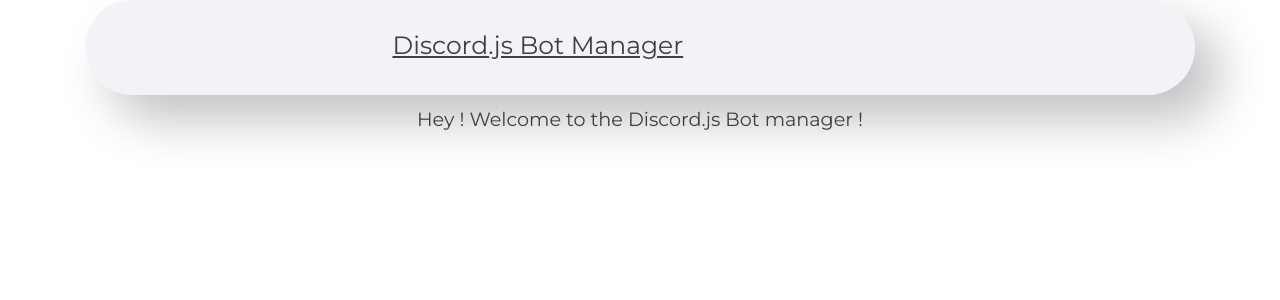
Repository: O-Schell/Discord-Bot-Manager
Page: Web_Interface/main.HTML
The author's editor kept a copy of each file at every save. The page is drawn from the files as they stood at one save, then again after the next save.
The browser window is 1280 px wide. The pictures show the whole page.
The style sheet was rebuilt from its Sass, Less or Tailwind sources for each picture, by a compiler version that may differ from the author's.

Above is the page before, as saved 2020-11-24 21:17:02.

After the next save:
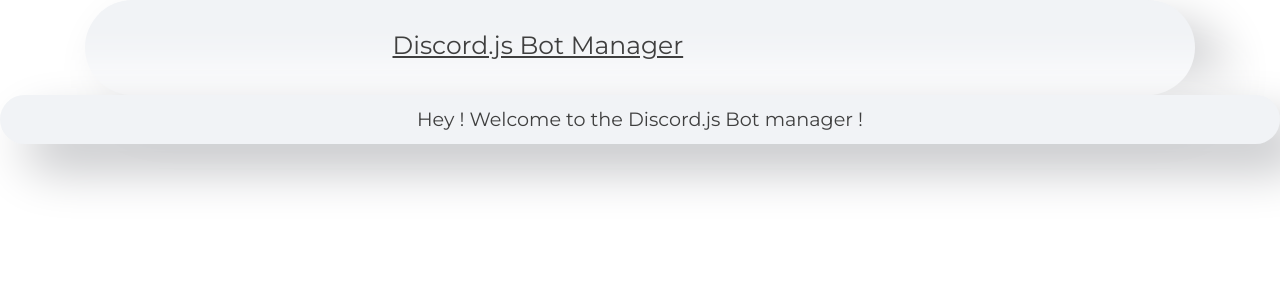
Saved 9 s later.
--- a/Web_Interface/main.HTML
+++ b/Web_Interface/main.HTML
@@ -24,7 +24,7 @@
       </div>
     </div>
   </div>
-  <div class="neumorphim">
+  <div class="neumorphism">
     <div class="center-div">
       <div class="undertitle">
         <div class="center-text">Hey ! Welcome to the Discord.js Bot manager !
